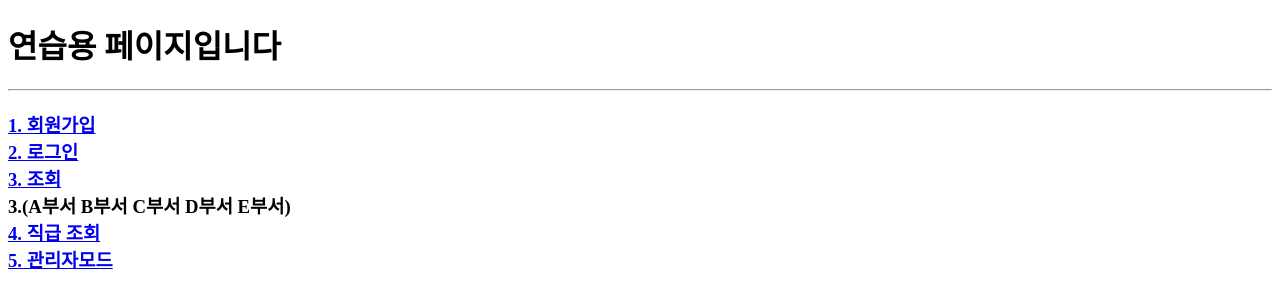
Repository: loseminho/khAcademy-Study
Page: http://localhost/02_SpringMVC_CRUD_TEST/
An editor plug-in stored every save of this project. The page is shown before and after the next save, followed by the edit.
The browser window is 1280 px wide. The pictures show the whole page.
The page is served by Tomcat 9. Other server files are loaded and not shown.

Above is the page before, as saved 2022-09-30 09:06:49.

### spring/workspace-sts-3.9.13.RELEASE/02_SpringMVC_CRUD_TEST/src/main/webapp/index.jsp
<%@ page language="java" contentType="text/html; charset=UTF-8"
    pageEncoding="UTF-8"%>
<!DOCTYPE html>
<html>
<head>
<meta charset="UTF-8">
<title>Insert title here</title>
</head>
<body>
	<h1>연습용 페이지입니다</h1>
	<hr>
	<h3>
		<a href="/">1. 회원가입</a><br>
		<a href="/">2. 로그인</a><br>
		<a href="/">3. 조회</a><br>
		3.(A부서  B부서  C부서  D부서  E부서)<br>
		<a href="/">4. 직급 조회</a><br>
		<a href="/">5. 관리자모드</a><br>
	</h3>
</body>
</html>

After the next save:
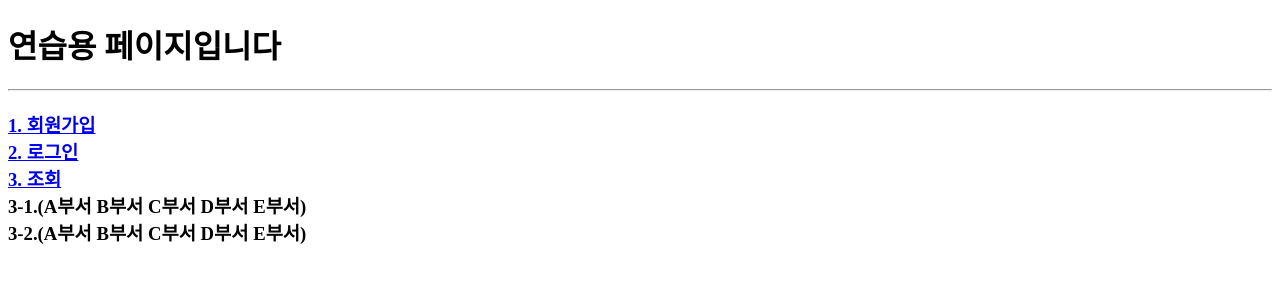
Saved 14 s later.
--- a/spring/workspace-sts-3.9.13.RELEASE/02_SpringMVC_CRUD_TEST/src/main/webapp/index.jsp
+++ b/spring/workspace-sts-3.9.13.RELEASE/02_SpringMVC_CRUD_TEST/src/main/webapp/index.jsp
@@ -13,9 +13,9 @@
 		<a href="/">1. 회원가입</a><br>
 		<a href="/">2. 로그인</a><br>
 		<a href="/">3. 조회</a><br>
-		3.(A부서  B부서  C부서  D부서  E부서)<br>
-		<a href="/">4. 직급 조회</a><br>
-		<a href="/">5. 관리자모드</a><br>
+		3-1.(A부서  B부서  C부서  D부서  E부서)<br>
+		3-2.(A부서  B부서  C부서  D부서  E부서)<br>
+
 	</h3>
 </body>
 </html>
